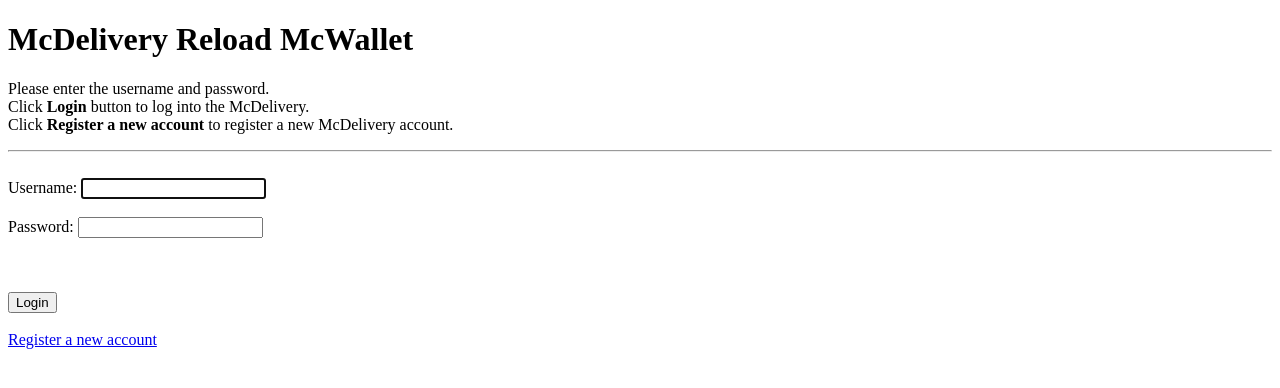
Repository: Jeck97/Mcdonald-Delivery-System
Page: http://localhost/McDelivery/reloadMcWallet/reloadMcWalletForm.jsp
An editor plug-in stored every save of this project. The page is shown before and after the next save, followed by the edit.
The browser window is 1280 px wide. The pictures show the whole page.
The page is served by Tomcat 9. Other server files are loaded and not shown.

Above is the page before, as saved 2020-07-12 16:28:31.

### McDelivery/WebContent/reloadMcWallet/reloadMcWalletForm.jsp
<%@ page language="java" contentType="text/html; charset=ISO-8859-1"
    pageEncoding="ISO-8859-1"%>
<!DOCTYPE html>
<html>
<head>
<meta charset="ISO-8859-1">
<title>Insert title here</title>
</head>
<body>

	<h1>McDelivery Reload McWallet</h1>

	<p>
		Please enter the username and password.<br>
		Click <b>Login</b> button to log into the McDelivery.<br>
		Click <b>Register a new account</b> to register a new McDelivery account.
	</P>

	<hr>

	<form action="loginServlet" method="post">

		<div style="color: #FF0000;">${errorMessage}</div><br>

		<label>Username:</label>
		<input type="text" name="username" value="${username}" required autofocus="autofocus"><br><br>

		<label>Password:</label>
		<input type="password" name="password" required><br><br><br><br>

		<input type="submit" value="Login">

	</form>

	<br>

	<a href="../register/registerForm.jsp">Register a new account</a>

	<%
		session.removeAttribute("errorMessage");
		session.removeAttribute("username");
	%>

</body>
</html>

After the next save:
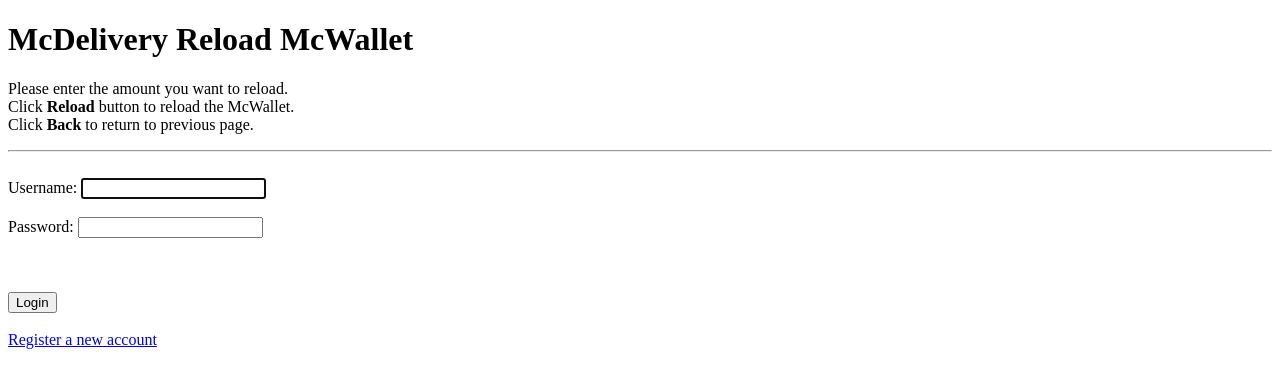
Saved 40 min 26 s later.
--- a/McDelivery/WebContent/reloadMcWallet/reloadMcWalletForm.jsp
+++ b/McDelivery/WebContent/reloadMcWallet/reloadMcWalletForm.jsp
@@ -11,9 +11,9 @@
 	<h1>McDelivery Reload McWallet</h1>
 
 	<p>
-		Please enter the username and password.<br>
-		Click <b>Login</b> button to log into the McDelivery.<br>
-		Click <b>Register a new account</b> to register a new McDelivery account.
+		Please enter the amount you want to reload.<br>
+		Click <b>Reload</b> button to reload the McWallet.<br>
+		Click <b>Back</b> to return to previous page.
 	</P>
 
 	<hr>
